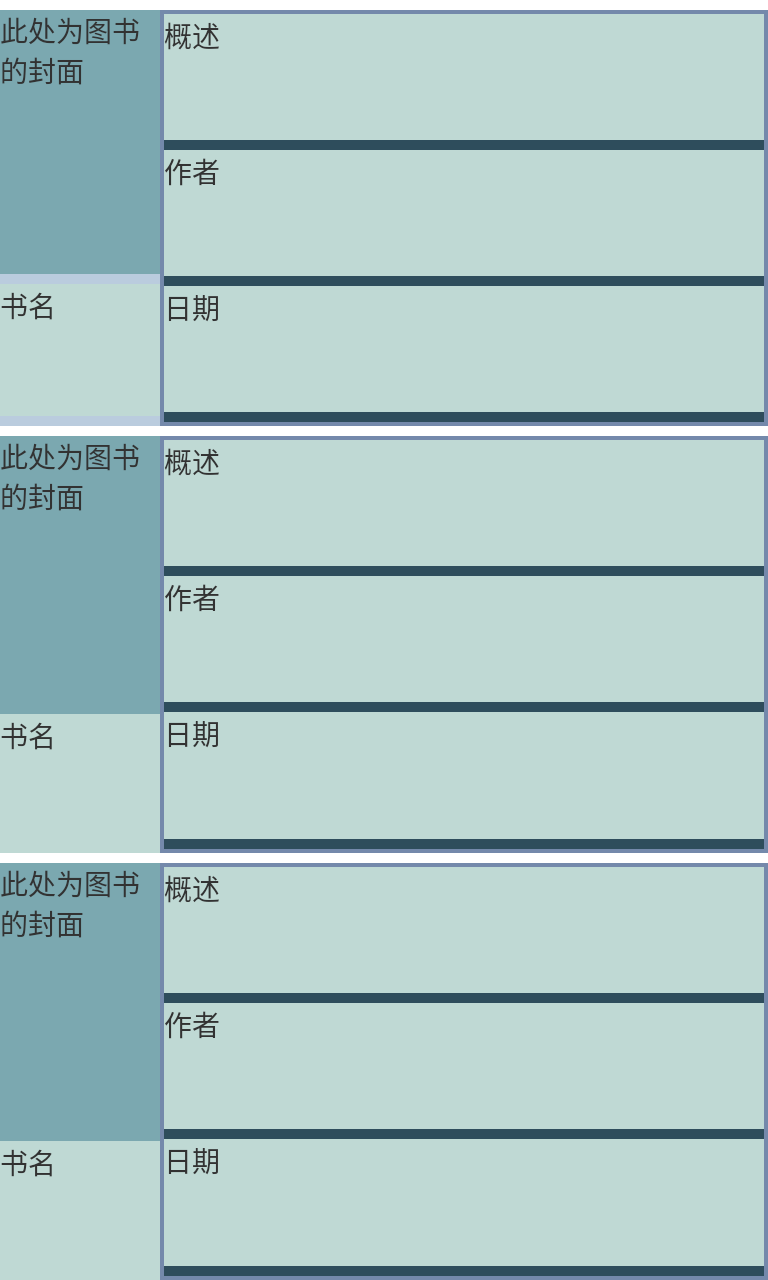
Repository: ling-cen/demo
Layout: Books_view/res/layout/activity_layout.xml
These files come from the project's save history. The layout is drawn as it stood at one moment and after a run of saves; the edit follows.
It is drawn on a 768 x 1280 px phone screen (xhdpi) without system bars, with theme AppTheme; the app's code is not run.

Above is the layout before, as saved 2018-12-12 16:35:37.

### Books_view/res/layout/activity_layout.xml
<?xml version="1.0" encoding="utf-8"?>
<LinearLayout xmlns:android="http://schemas.android.com/apk/res/android"
    android:layout_width="match_parent"
    android:layout_height="match_parent"
    android:orientation="vertical" >

    <!-- 高度  height -->

    <LinearLayout
        android:layout_width="match_parent"
        android:layout_height="0dp"
        android:layout_marginTop="5dp"
        android:layout_weight="1"
        android:background="#7489ab"
        android:baselineAligned="false"
        android:orientation="horizontal" >

        <LinearLayout
            android:layout_width="wrap_content"
            android:layout_height="match_parent"
            android:background="#baccde"
            android:orientation="vertical" >

            <TextView
                android:layout_width="80dp"
                android:layout_height="0dp"
                android:layout_marginBottom="5dp"
                android:layout_weight="2"
                android:background="#7ba8b0"
                android:text="@string/book_image" />

            <TextView
                android:layout_width="80dp"
                android:layout_height="0dp"
                android:layout_marginBottom="5dp"
                android:layout_weight="1"
                android:background="#bfd9d4"
                android:text="@string/book_name" />
        </LinearLayout>

        <LinearLayout
            android:layout_width="match_parent"
            android:layout_height="match_parent"
            android:layout_margin="2dp"
            android:background="#2e4d5c"
            android:orientation="vertical" >

            <TextView
                android:layout_width="match_parent"
                android:layout_height="0dp"
                android:layout_marginBottom="5dp"
                android:layout_weight="1"
                android:background="#bfd9d4"
                android:text="@string/book_desc" />

            <TextView
                android:layout_width="match_parent"
                android:layout_height="0dp"
                android:layout_marginBottom="5dp"
                android:layout_weight="1"
                android:background="#bfd9d4"
                android:text="@string/book_author" />

            <TextView
                android:layout_width="match_parent"
                android:layout_height="0dp"
                android:layout_marginBottom="5dp"
                android:layout_weight="1"
                android:background="#bfd9d4"
                android:text="@string/book_date" />
        </LinearLayout>
    </LinearLayout>

    <LinearLayout
        android:layout_width="match_parent"
        android:layout_height="0dp"
        android:layout_marginTop="5dp"
        android:layout_weight="1"
        android:background="#7489ab"
        android:baselineAligned="false"
        android:orientation="horizontal" >

        <LinearLayout
            android:layout_width="wrap_content"
            android:layout_height="match_parent"
            android:background="#baccde"
            android:orientation="vertical" >

            <TextView
                android:layout_width="80dp"
                android:layout_height="0dp"
                android:layout_weight="2"
                android:background="#7ba8b0"
                android:text="@string/book_image" />

            <TextView
                android:layout_width="80dp"
                android:layout_height="0dp"
                android:layout_weight="1"
                android:background="#bfd9d4"
                android:text="@string/book_name" />
        </LinearLayout>

        <LinearLayout
            android:layout_width="match_parent"
            android:layout_height="match_parent"
            android:layout_margin="2dp"
            android:background="#2e4d5c"
            android:orientation="vertical" >

            <TextView
                android:layout_width="match_parent"
                android:layout_height="0dp"
                android:layout_marginBottom="5dp"
                android:layout_weight="1"
                android:background="#bfd9d4"
                android:text="@string/book_desc" />

            <TextView
                android:layout_width="match_parent"
                android:layout_height="0dp"
                android:layout_marginBottom="5dp"
                android:layout_weight="1"
                android:background="#bfd9d4"
                android:text="@string/book_author" />

            <TextView
                android:layout_width="match_parent"
                android:layout_height="0dp"
                android:layout_marginBottom="5dp"
                android:layout_weight="1"
                android:background="#bfd9d4"
                android:text="@string/book_date" />
        </LinearLayout>
    </LinearLayout>

    <LinearLayout
        android:layout_width="match_parent"
        android:layout_height="0dp"
        android:layout_marginTop="5dp"
        android:layout_weight="1"
        android:background="#7489ab"
        android:baselineAligned="false"
        android:orientation="horizontal" >

        <LinearLayout
            android:layout_width="wrap_content"
            android:layout_height="match_parent"
            android:background="#baccde"
            android:orientation="vertical" >

            <TextView
                android:layout_width="80dp"
                android:layout_height="0dp"
                android:layout_weight="2"
                android:background="#7ba8b0"
                android:text="@string/book_image" />

            <TextView
                android:layout_width="80dp"
                android:layout_height="0dp"
                android:layout_weight="1"
                android:background="#bfd9d4"
                android:text="@string/book_name" />
        </LinearLayout>

        <LinearLayout
            android:layout_width="match_parent"
            android:layout_height="match_parent"
            android:layout_margin="2dp"
            android:background="#2e4d5c"
            android:orientation="vertical" >

            <TextView
                android:layout_width="match_parent"
                android:layout_height="0dp"
                android:layout_marginBottom="5dp"
                android:layout_weight="1"
                android:background="#bfd9d4"
                android:text="@string/book_desc" />

            <TextView
                android:layout_width="match_parent"
                android:layout_height="0dp"
                android:layout_marginBottom="5dp"
                android:layout_weight="1"
                android:background="#bfd9d4"
                android:text="@string/book_author" />

            <TextView
                android:layout_width="match_parent"
                android:layout_height="0dp"
                android:layout_marginBottom="5dp"
                android:layout_weight="1"
                android:background="#bfd9d4"
                android:text="@string/book_date" />
        </LinearLayout>
    </LinearLayout>

</LinearLayout>

### Books_view/res/values/strings.xml
<?xml version="1.0" encoding="utf-8"?>
<resources>

    <string name="app_name">Books_view</string>
    <string name="book_image">此处为图书的封面</string>
    <string name="book_name">书名</string>
    <string name="book_desc">概述</string>
    <string name="book_author">作者</string>
    <string name="book_date">日期</string>

</resources>

Loaded but not shown: Books_view/res/values/styles.xml (common file); Books_view/res/values-v11/styles.xml (common file); Books_view/res/values-v14/styles.xml (common file)

After the next 2 saves:
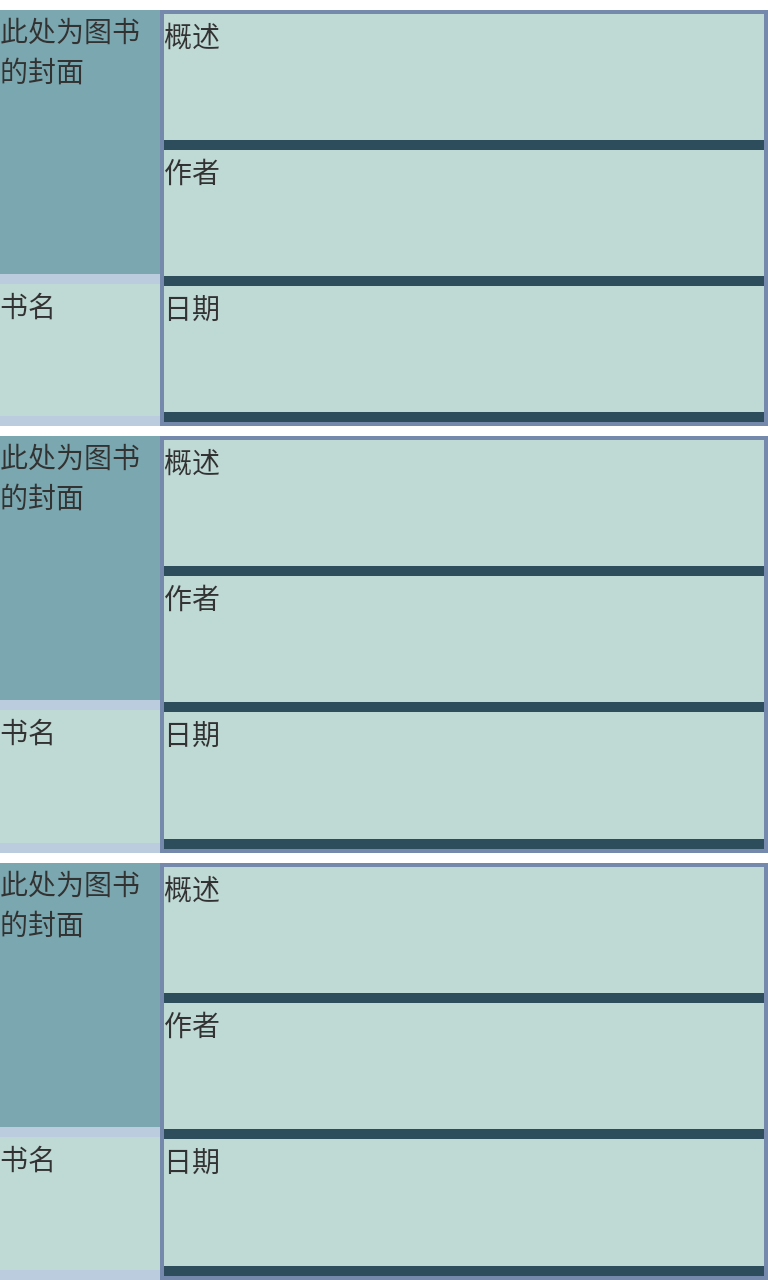
The 2 saves are shown as one change because they came seconds apart.
The last was saved 75 s later.
--- a/Books_view/res/layout/activity_layout.xml
+++ b/Books_view/res/layout/activity_layout.xml
@@ -89,6 +89,7 @@
             <TextView
                 android:layout_width="80dp"
                 android:layout_height="0dp"
+                android:layout_marginBottom="5dp"
                 android:layout_weight="2"
                 android:background="#7ba8b0"
                 android:text="@string/book_image" />
@@ -96,6 +97,7 @@
             <TextView
                 android:layout_width="80dp"
                 android:layout_height="0dp"
+                android:layout_marginBottom="5dp"
                 android:layout_weight="1"
                 android:background="#bfd9d4"
                 android:text="@string/book_name" />
@@ -152,6 +154,7 @@
             <TextView
                 android:layout_width="80dp"
                 android:layout_height="0dp"
+                android:layout_marginBottom="5dp"
                 android:layout_weight="2"
                 android:background="#7ba8b0"
                 android:text="@string/book_image" />
@@ -159,6 +162,7 @@
             <TextView
                 android:layout_width="80dp"
                 android:layout_height="0dp"
+                android:layout_marginBottom="5dp"
                 android:layout_weight="1"
                 android:background="#bfd9d4"
                 android:text="@string/book_name" />
